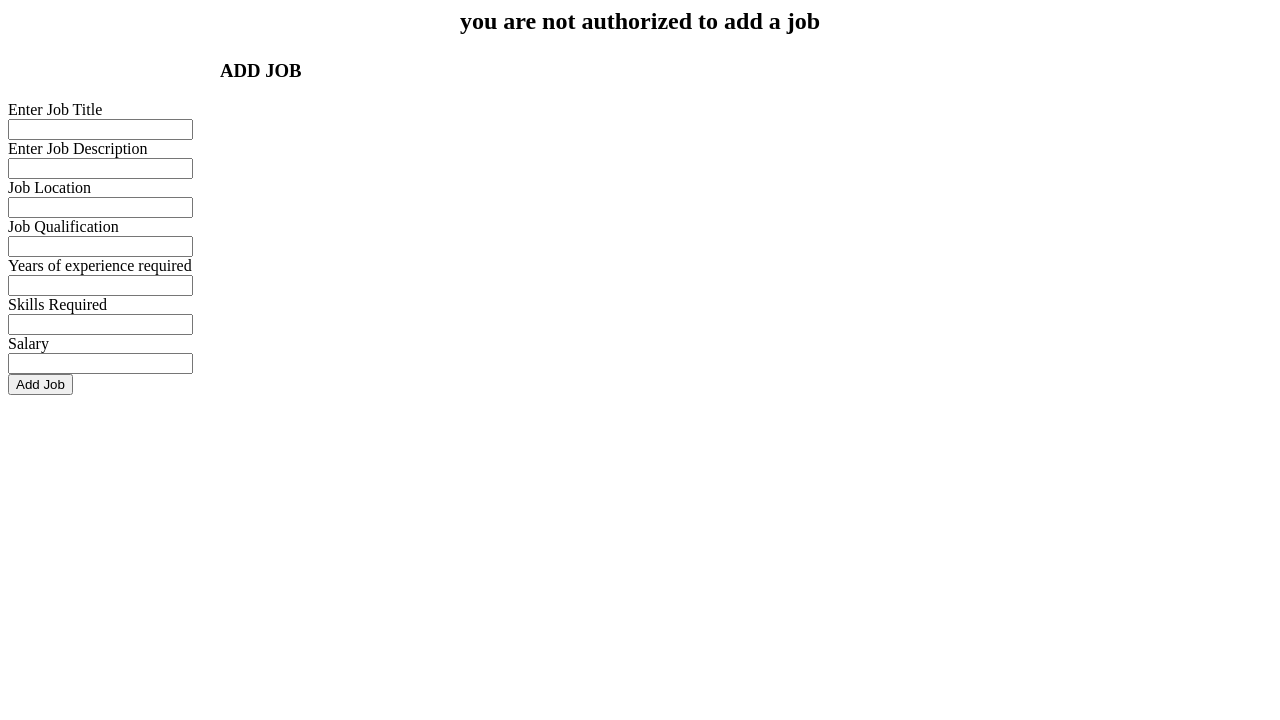
Repository: devlogan/collproject
Page: CollFrontend/WebContent/jobs/JobForm.html
An editor plug-in stored every save of this project. The page is shown before and after the next save, followed by the edit.
The browser window is 1280 px wide. The pictures show the whole page.

Above is the page before, as saved 2019-04-30 16:02:24.

After the next save:
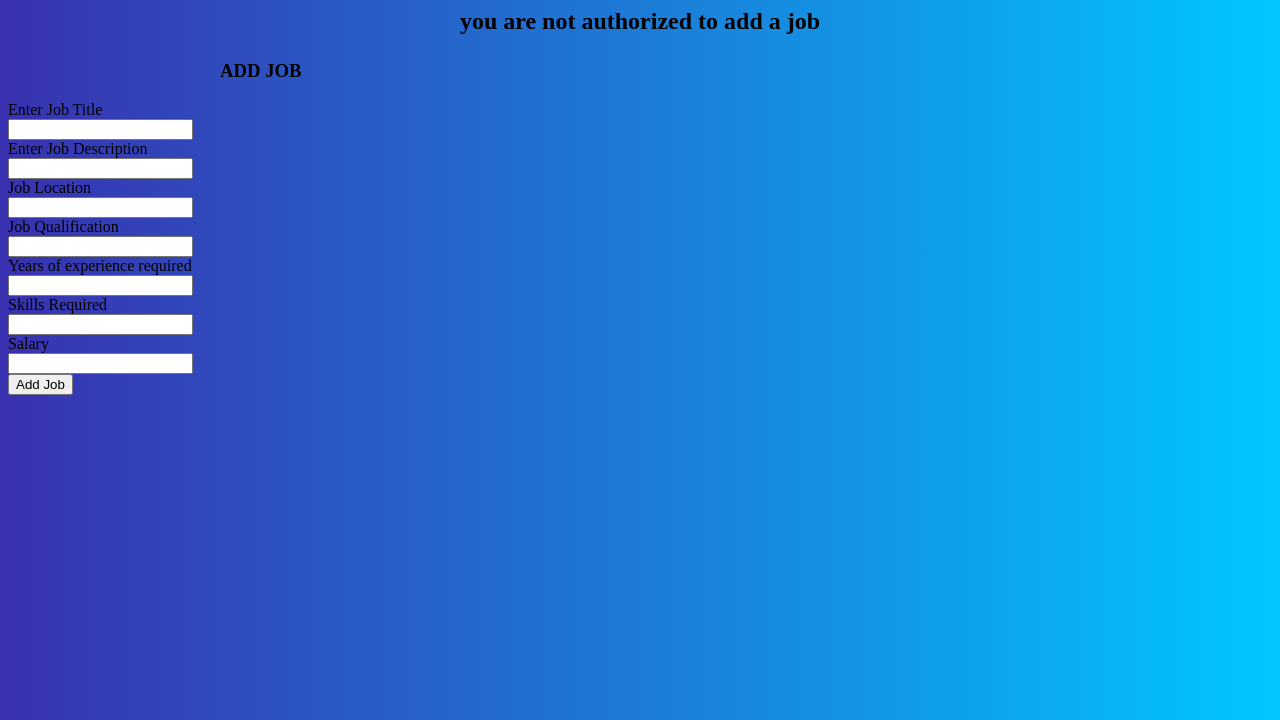
Saved 34 s later.
--- a/CollFrontend/WebContent/jobs/JobForm.html
+++ b/CollFrontend/WebContent/jobs/JobForm.html
@@ -1,4 +1,8 @@
-
+<style>
+body {
+	background: -webkit-linear-gradient(left, #3931af, #00c6ff);
+}
+</style>
 <div ng-show="currentUser.role!='Admin'">
 
 	<h2 align="center">you are not authorized to add a job</h2>
